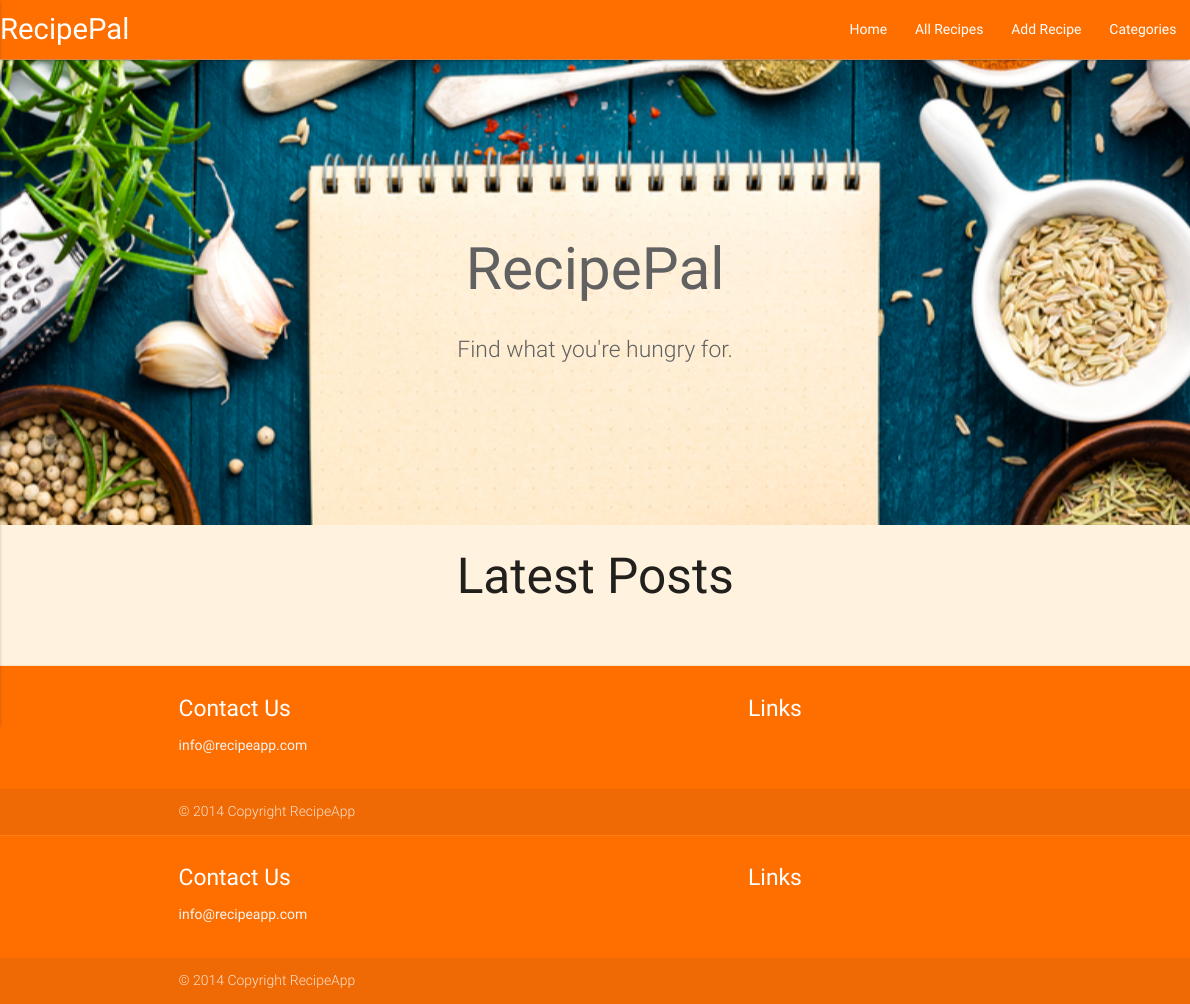
Repository: darhewitt/recipe-app-gp
Page: templates/recipes.html
The author's editor kept a record of every edit. The page is drawn from the files as they stood at one moment, then again after the next edit.
The browser window is 1280 px wide. The pictures show the whole page, at 93% of full size.
Some web libraries are served in a nearby version. The page is served by the project's application, run on Flask 3 (app.py). The template is opened directly, without the code that normally fills it, so the values that code supplies are empty.

Above is the page before.
Console error: ReferenceError: $ is not defined

### templates/recipes.html
{% extends 'base.html'%} {% block content %}


<div id="index-banner" class="parallax-container valign-wrapper">
  <div class="section no-pad-bot">
    <div class="container valign">
      <br><br>
      <h1 class="header center grey-text text-darken-2">RecipePal</h1>
      <div class="row center">
        <h5 class="header col s12 light grey-text text-darken-2">Find what you're hungry for.</h5>
      </div>
      <br><br>

    </div>
  </div>
  <div class="parallax"><img src="{{url_for('static', filename='images/cookbook.jpg')}}" alt="Unsplashed background img 2"></div>
</div>
<div class="container center">
  <h2>Latest Posts</h2>
</div>
<div class="container" id="startPosts">
  <br>
  <br> {% for recipe in recipes %}
  <div class="col s12 m7">
    <h2 class="header">{{recipe.recipe_name}}</h2>
    <div class="card horizontal">
      <div class="card-image">
        <a href="{{url_for( 'read_recipe', recipe_id=recipe._id)}}" class="collection-item black-text"><img src="{{recipe.image_link}}"></a>
      </div>
      <div class="card-stacked">
        <div class="card-content">
          <p>{{recipe.recipe_description}}</p>
        </div>
        <div class="card-action">
          <a href="{{url_for( 'read_recipe', recipe_id=recipe._id)}}" class="collection-item black-text">View Recipe</a>
        </div>
      </div>
    </div>
  </div>
  <br> {% endfor %}

  <div class="col s12 m10 offset-m1 l9 offset-l1 ">
  </div>
</div>
</div>

<footer class="page-footer amber darken-4">
  <div class="container">
    <div class="row">
      <div class="col l6 s12">
        <h5 class="white-text">Contact Us</h5>
        <p class="grey-text text-lighten-4">info@recipeapp.com</p>
      </div>
      <div class="col l4 offset-l2 s12">
        <h5 class="white-text">Links</h5>

      </div>
    </div>
  </div>
  <div class="footer-copyright">
    <div class="container">
      © 2014 Copyright RecipeApp
    </div>
  </div>
</footer>

<!--  Scripts-->

<script>
  $('.head-link').click(function(e) {
    e.preventDefault();

    var goto = $(this).attr('href');
    $('html, body').animate({
      scrollTop: $(goto).offset().top
    }, 800);
  });
</script>

{% endblock %}

### templates/base.html
<!DOCTYPE html>
<html>

<head>
    <link href="{{url_for('static', filename='css/style.css')}}" type="text/css" rel="stylesheet" media="screen,projection" />
    <link href="https://fonts.googleapis.com/icon?family=Material+Icons" rel="stylesheet">
    <link rel="stylesheet" href="https://cdnjs.cloudflare.com/ajax/libs/materialize/0.100.2/css/materialize.min.css">
</head>

<header>
    <nav class="amber darken-4">
        <div class="nav-wrapper">
            <a href="{{url_for('get_recipes')}}" class="brand-logo">RecipePal</a>
            <a href="" data-activates="mobile-demo" class="button-collapse"><i class="material-icons">menu</i></a>
            <ul id="nav-mobile" class="right hide-on-med-and-down">

                <li><a href="{{url_for('get_recipes')}}">Home</a></li>
                <li><a href="{{url_for('get_all_recipes')}}">All Recipes </a></li>
                <li><a href="{{url_for('add_recipe')}}">Add Recipe</a></li>
                <li><a href="{{url_for('get_categories')}} ">Categories</a></li>


            </ul>
            <ul class="side-nav" id="mobile-demo">
                <li><a href="{{url_for('get_recipes')}}">Home</a></li>
                <li><a href="{{url_for('get_all_recipes')}}">All Recipes </a></li>
                <li><a href="{{url_for('add_recipe')}}">Add Recipe</a></li>
                <li><a href="{{url_for('get_categories')}} ">Categories</a></li>

            </ul>
        </div>
    </nav>
</header>

<body>
    {% block content %} {% endblock %}
    <script src="https://cdnjs.cloudflare.com/ajax/libs/jquery/3.2.1/jquery.min.js "></script>
    <script src="https://cdnjs.cloudflare.com/ajax/libs/materialize/0.100.2/js/materialize.min.js "></script>
    <script type="text/javascript ">
        $(document).ready(function() {
            $('.collapsible').collapsible();
            $('select').material_select();
            $('.materialboxed').materialbox();
            $('.parallax').parallax();
            $(".button-collapse").sideNav();
        });
    </script>
</body>

<footer class="page-footer amber darken-4">
    <div class="container">
        <div class="row">
            <div class="col l6 s12">
                <h5 class="white-text">Contact Us</h5>
                <p class="grey-text text-lighten-4">info@recipeapp.com</p>
            </div>
            <div class="col l4 offset-l2 s12">
                <h5 class="white-text">Links</h5>

            </div>
        </div>
    </div>
    <div class="footer-copyright">
        <div class="container">
            © 2014 Copyright RecipeApp
        </div>
    </div>
</footer>

</html>

### app.py
import os
from flask import Flask, render_template, redirect, request, url_for
from flask_pymongo import PyMongo
from bson.objectid import ObjectId

app = Flask(__name__)
app.config["MONGO_DBNAME"] = 'recipes_app'
app.config["MONGO_URI"] = 'mongodb://dhewitt:Apple1991@myfirstcluster-shard-00-00-t0occ.mongodb.net:27017,myfirstcluster-shard-00-01-t0occ.mongodb.net:27017,myfirstcluster-shard-00-02-t0occ.mongodb.net:27017/recipes_app?ssl=true&replicaSet=myFirstCluster-shard-0&authSource=admin&retryWrites=true&w=majority'

mongo = PyMongo(app)


@app.route('/')
@app.route('/get_recipes')
def get_recipes():
    return render_template("recipes.html", recipes=mongo.db.recipes.find())

@app.route('/add_recipe')
def add_recipe():
    return render_template('addrecipe.html',
    cuisine=mongo.db.cuisine.find())

@app.route('/insert_recipe', methods=['POST'])
def insert_recipe():
    recipes = mongo.db.recipes
    recipes.insert_one(request.form.to_dict())
    return redirect(url_for('get_recipes'))

@app.route('/edit_recipe/<recipe_id>')
def edit_recipe(recipe_id):
    the_recipe = mongo.db.recipes.find_one({"_id": ObjectId(recipe_id)})
    all_cuisine = mongo.db.cuisine.find()
    return render_template('editrecipe.html', recipe=the_recipe, cuisine=all_cuisine)


if __name__ == '__main__':
    app.run(host=os.environ.get('IP'),
            port=int(os.environ.get('PORT')),
            debug=True)

### static/css/style.css
.edit-button {
    height: 24px;
    width: 90px;
    margin: 5px 5 px;
    padding: 0 0 5em;
}

.parallax-container {
    min-height: 300px;
    line-height: 0;
    height: auto;
    color: rgba(255, 255, 255, .9);
}

.parallax-container .section {
    width: 100%;
}

@media only screen and (max-width: 992px) {
    .parallax-container .section {
        position: absolute;
        top: 30%;
    }
    #index-banner .section {
        top: 10%;
    }
}

@media only screen and (max-width: 600px) {
    #index-banner .section {
        top: 0;
    }
}

.btn_small {
    height: 24px;
    width: 60px;
    line-height: 24px;
    margin: 5px 5px;
    padding: 0 0.5em;
}

.task_header {
    margin-top: 10px;
    margin-left: 30px;
}

.btn.btn_small {
    padding: 0 0 0;
}

.edit-button {
    margin-left: 50em;
}

.title {
    font-size: xx-large
}

body {
    background-color: #fff3e0;
}

After the next edit:
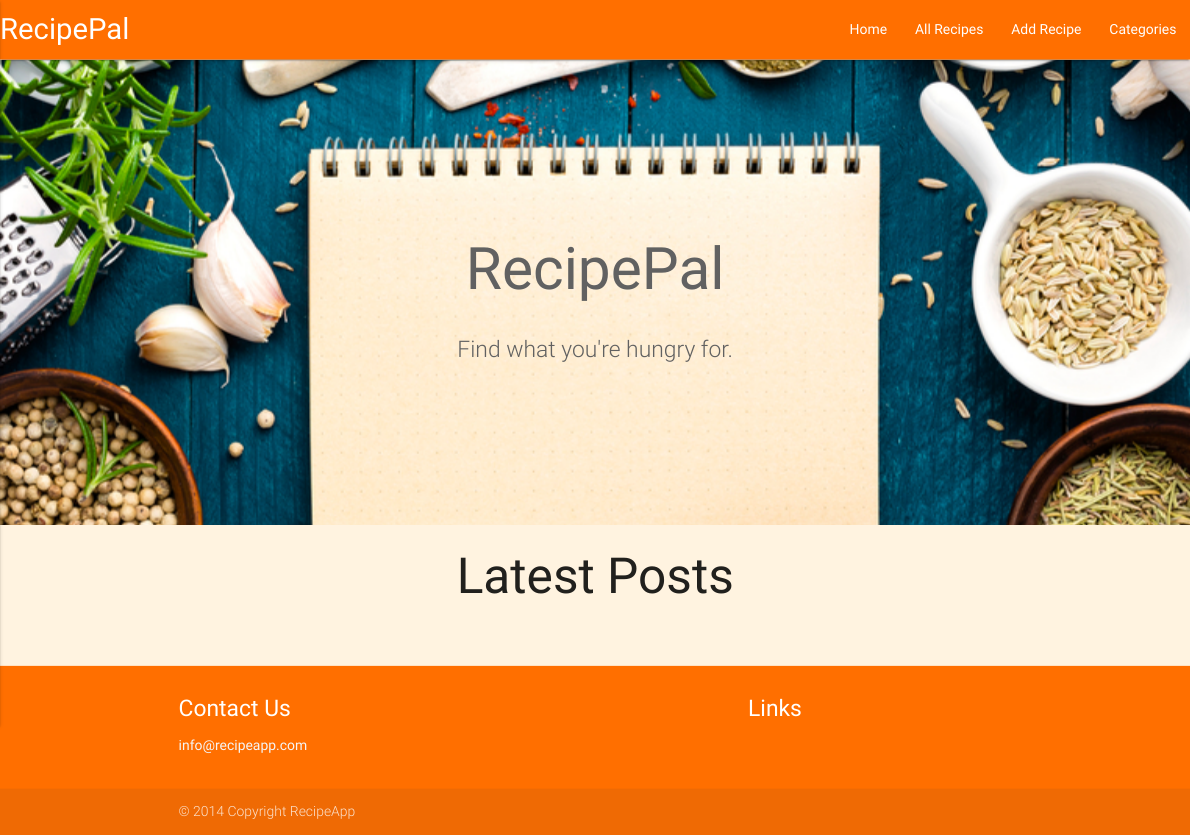
The edit:
--- a/templates/recipes.html
+++ b/templates/recipes.html
@@ -44,25 +44,6 @@
 </div>
 </div>
 
-<footer class="page-footer amber darken-4">
-  <div class="container">
-    <div class="row">
-      <div class="col l6 s12">
-        <h5 class="white-text">Contact Us</h5>
-        <p class="grey-text text-lighten-4">info@recipeapp.com</p>
-      </div>
-      <div class="col l4 offset-l2 s12">
-        <h5 class="white-text">Links</h5>
-
-      </div>
-    </div>
-  </div>
-  <div class="footer-copyright">
-    <div class="container">
-      © 2014 Copyright RecipeApp
-    </div>
-  </div>
-</footer>
 
 <!--  Scripts-->
 
